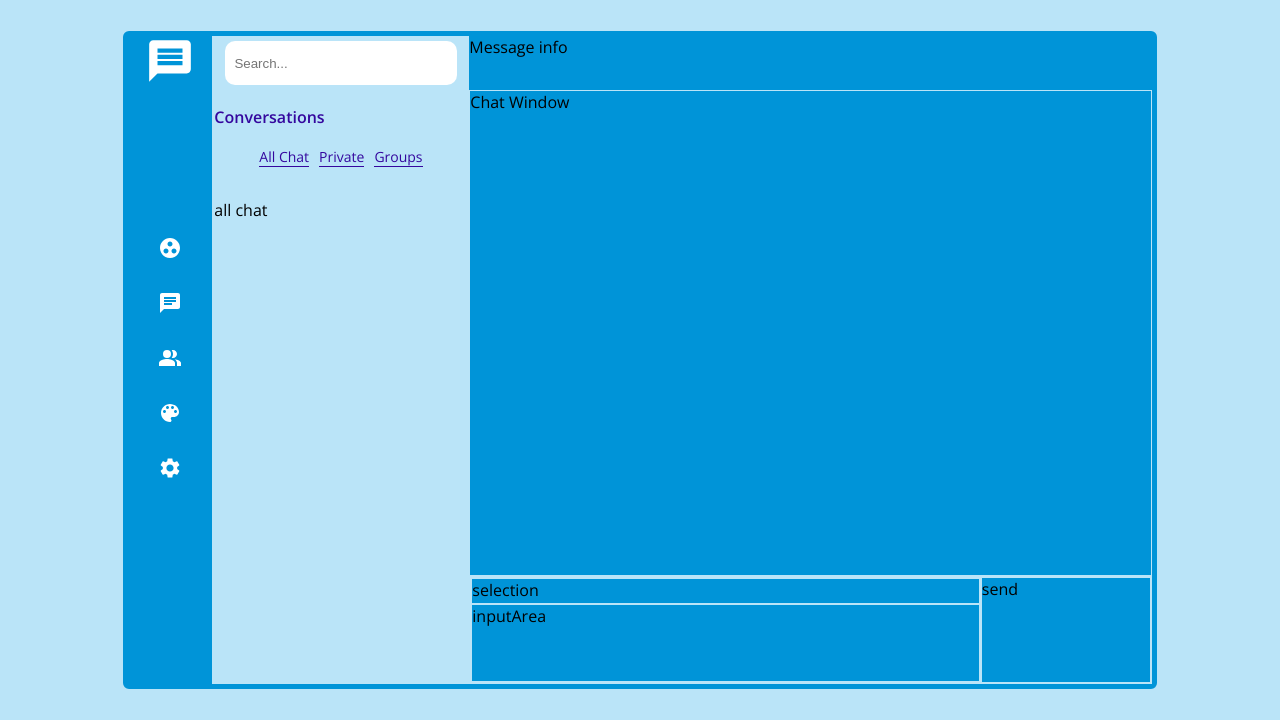
Repository: arafat877/super-chat
Page: /
These files come from the project's save history. The page is drawn as it stood at one moment and after the next save; the edit follows.
The browser window is 1280 px wide. The pictures show the whole page.
The project was rebuilt for these pictures with package versions that can differ from the ones it lists, and the page was loaded fresh each time.

Above is the page before, as saved 2020-08-05 00:21:00.

After the next save:
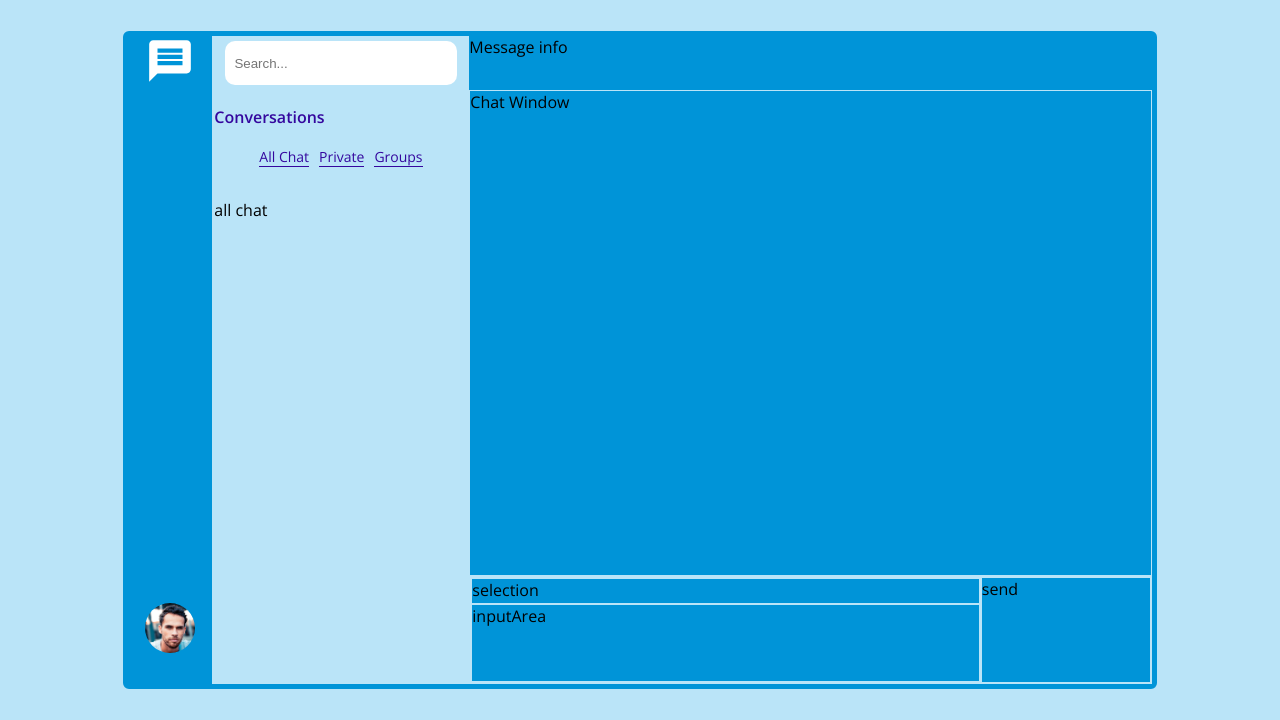
Saved 18 s later.
--- a/src/App.js
+++ b/src/App.js
@@ -18,7 +18,7 @@ function App() {
           <div className="mcLogo">
             <Message className="logo"/>
           </div>
-          <div className="mcList">
+          {/* <div className="mcList">
             <ul className="mainList">
               <li className="mainListItem">
                 <GroupWork className="listItemIcon" />
@@ -36,14 +36,14 @@ function App() {
                 <Settings className="listItemIcon" />
               </li>
             </ul>
-          </div>
-          {/* <div className="mcPhoto">
+          </div> */}
+          <div className="mcPhoto">
             <img
               className="profilePicture"
               src={require("./assets/m1.jpeg")}
               alt="Profile"
             />
-          </div> */}
+          </div>
         </div>
         <div className="conversationsColumn">
           <div className="ccSearch">
